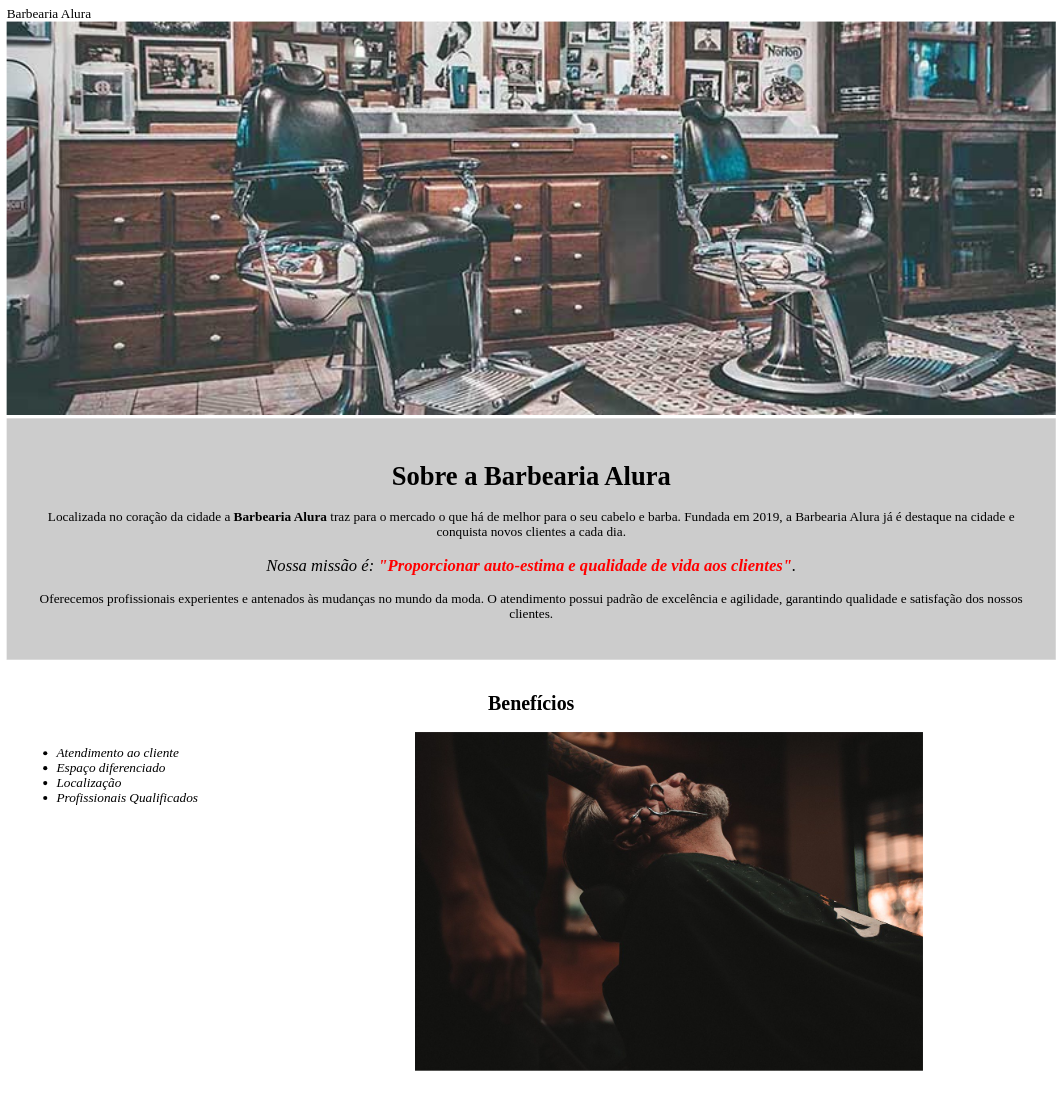
Repository: RenatoCCS/Barbearia_Alura
Page: index.html
The author's editor kept a copy of each file at every save. The page is drawn from the files as they stood at one save, then again after the next save.
The browser window is 1280 px wide. The pictures show the whole page, at 83% of full size.

Above is the page before, as saved 2022-10-17 21:37:59.

After the next save:
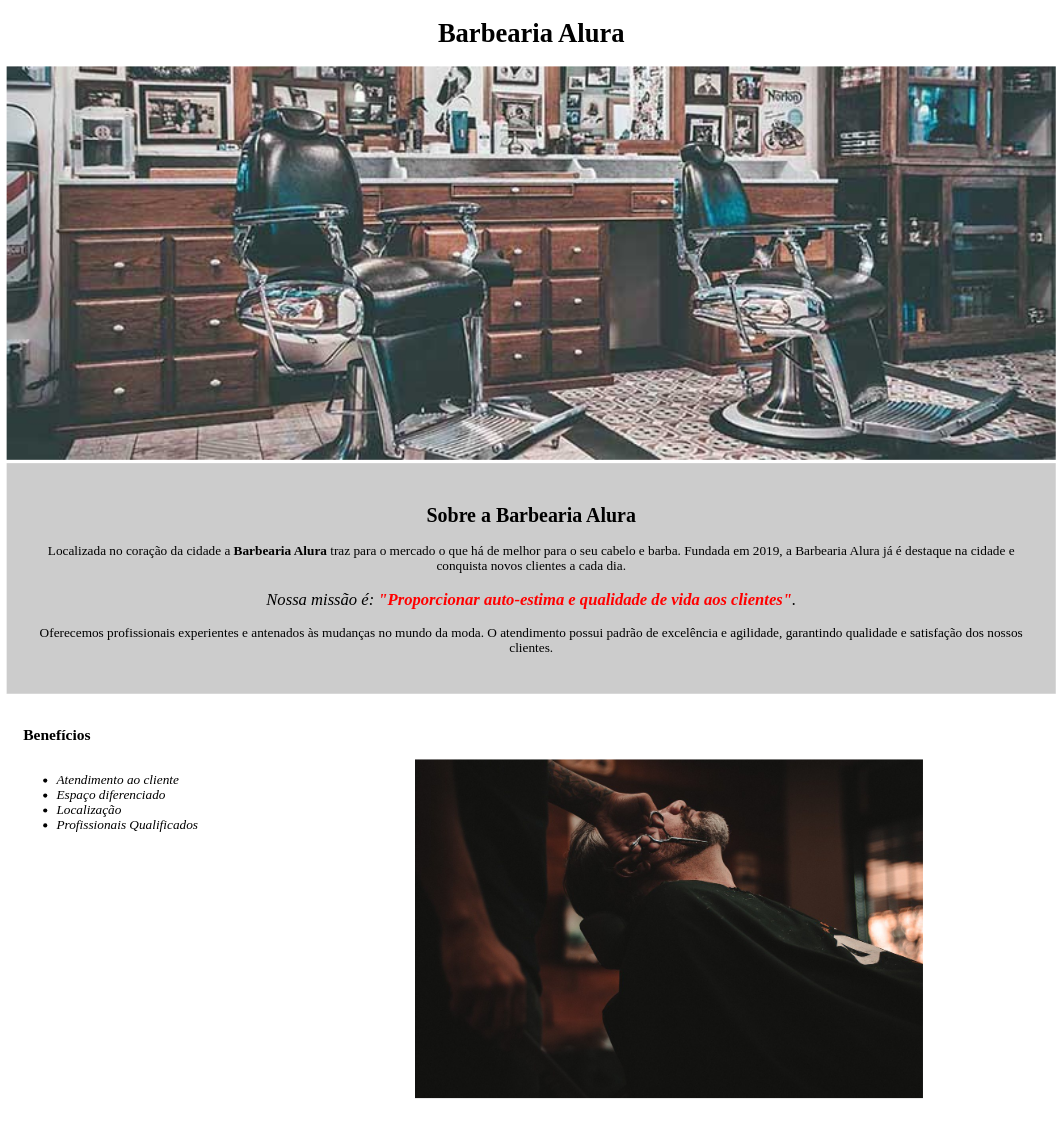
Saved 76 s later.
--- a/index.html
+++ b/index.html
@@ -8,10 +8,12 @@
   </head>
 
   <body>
-    <header>Barbearia Alura</header>
+    <header>
+      <h1>Barbearia Alura</h1>
+    </header>
     <img id="banner" src="banner.jpg" />
     <div class="principal">
-      <h1>Sobre a Barbearia Alura</h1>
+      <h2>Sobre a Barbearia Alura</h2>
 
       <p style="text-align: center">
         Localizada no coração da cidade a <strong>Barbearia Alura</strong> traz
@@ -37,7 +39,7 @@
     </div>
 
     <div class="beneficios">
-      <h2>Benefícios</h2>
+      <h3>Benefícios</h3>
       <ul>
         <li class="itens">Atendimento ao cliente</li>
         <li class="itens">Espaço diferenciado</li>
